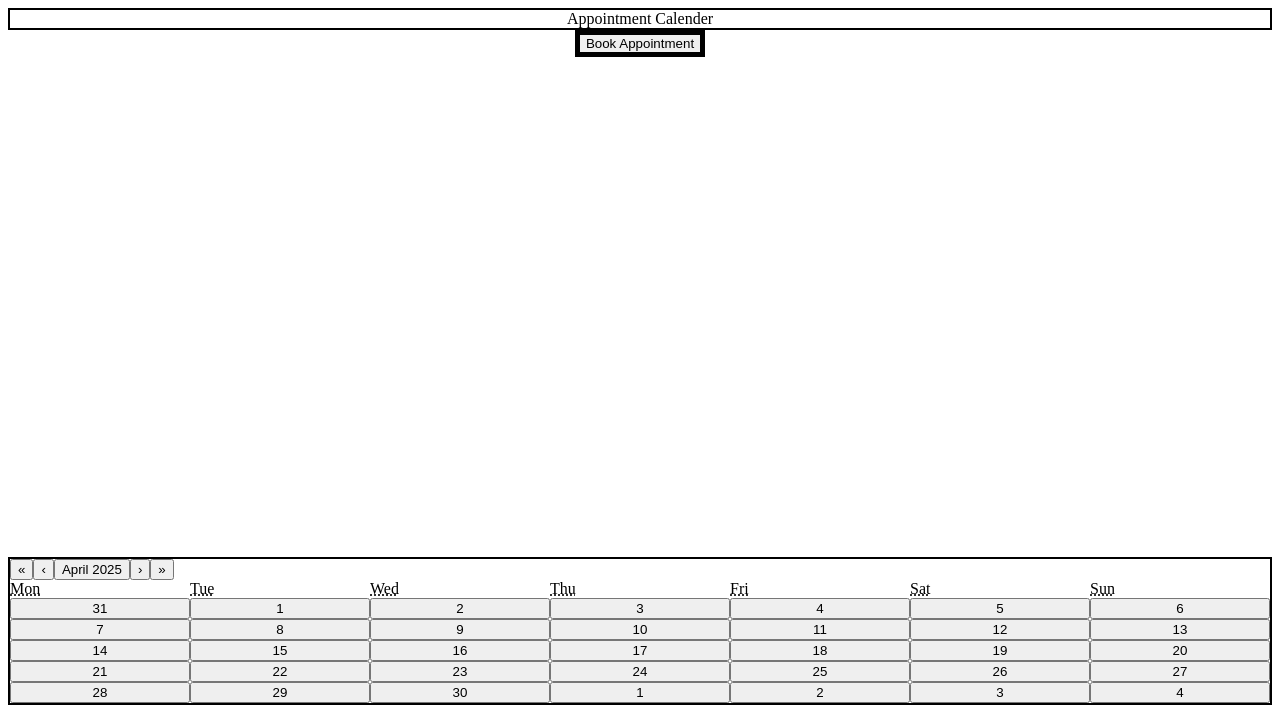
Repository: KennethEskandari/Appointment-Calender-
Page: / (app in Appointment-Calender/)
The author's editor kept a copy of each file at every save. The page is drawn from the files as they stood at one save, then again after the next save.
The browser window is 1280 px wide. The pictures show the whole page.
The project was rebuilt for these pictures with package versions that can differ from the ones it lists, and the page was loaded fresh each time. Also part of the build but not shown: Appointment-Calender/vite.config.js.

Above is the page before, as saved 2025-04-15 19:42:17.

After the next save:
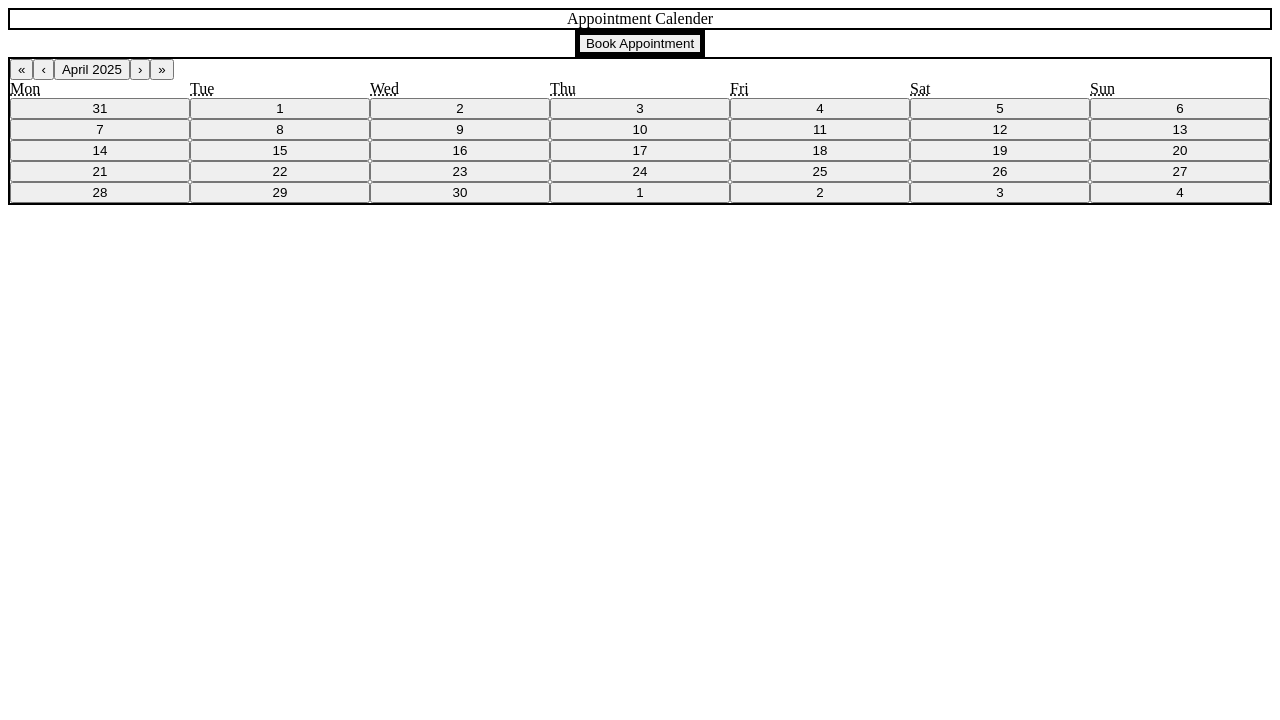
Saved 12 s later.
--- a/Appointment-Calender/src/App.jsx
+++ b/Appointment-Calender/src/App.jsx
@@ -9,7 +9,7 @@ function App() {
       <header className="h-16 border-2 text-center text-2xl bg-purple-400">Appointment Calender</header>
       <button className="text-2xl mx-auto block border-5 mt-8 bg-purple-400 rounded-lg px-4 py-1">Book Appointment</button>
 
-      <div className="" style={{ height: '500px', width: '300px' }}></div>
+
       <Calendar onChange={setDate} value={date} className="mx-auto mt-8 border-2 rounded-lg" />
     </div>
 
